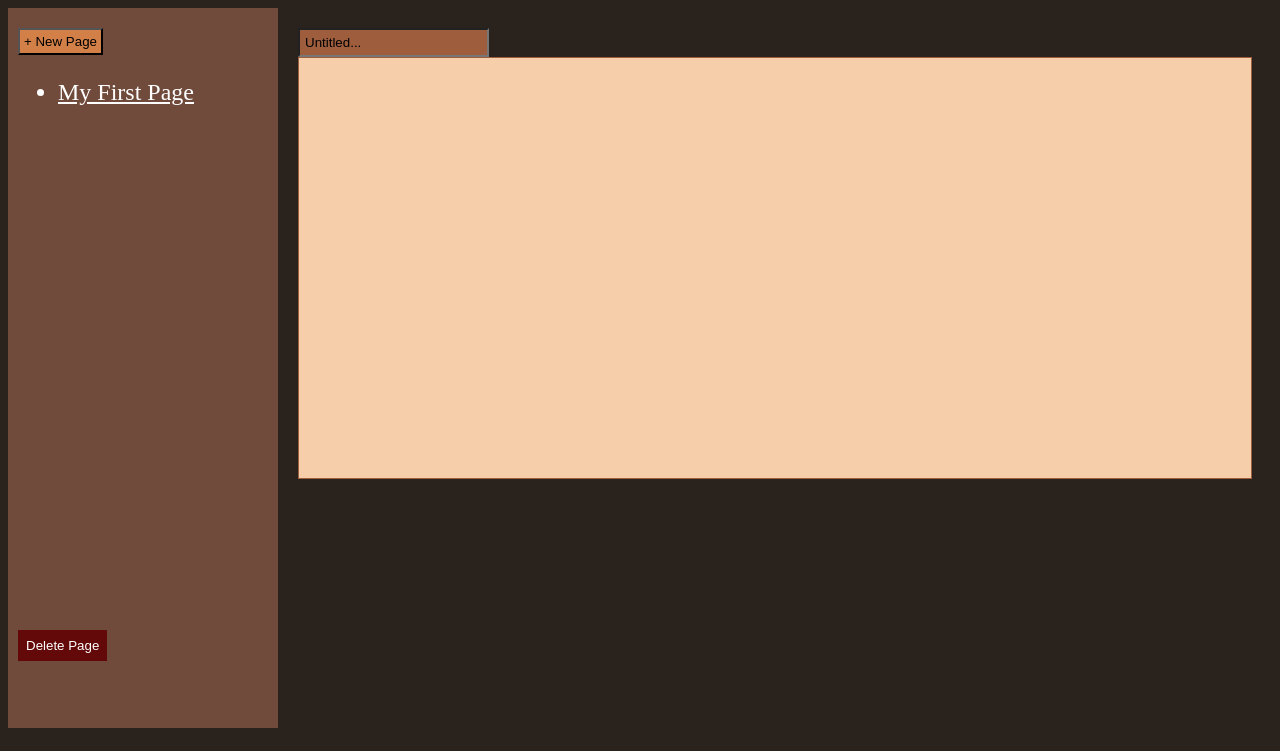
Repository: Dharshinimk-521/notes-app
Page: index.html
These files come from the project's save history. The page is drawn as it stood at one moment and after the next save; the edit follows.
The browser window is 1280 px wide. The pictures show the whole page.

Above is the page before, as saved 2026-04-18 22:12:10.

### index.html
<!DOCTYPE html>
<html lang="en">
    <head>
        <meta charset="UTF-8">
        <meta name="viewport" content="width=device-width, initial-scale=1.0">
        <title>Notes App</title>
        <link rel="stylesheet" href="style.css">
        <script src="app.js" defer></script>
    </head>
    <body>
    <div class="app">

        <aside class="sidebar">
        <button id="newPageBtn">+ New Page</button>
        <ul id="pageList"></ul>
        <button id="deletePageBtn"> Delete Page</button>
        </aside>

        <main class="editor">
        <input id="pageTitle" placeholder="Untitled..." />
        <div id="editorArea" contenteditable="true"></div>
        </main>

    </div>


    </body>
</html>

### style.css
body{
    background-color: #29221D;
}
.app {
  margin: 0;
  display: flex;
  height: 100vh;

}

.sidebar {
  width: 250px;
  background: #704B3C;
  padding: 10px;
}

.editor {
  flex: 1;
  padding: 20px;
}

#editorArea {
  min-height: 400px;
  background-color: #F6CEA9;
  border: 1px solid #9E5E3D;
  padding: 10px;
}
#newPageBtn{
 background-color: #D28048;
 padding: 4px;
 margin-top: 10px;
 cursor:pointer;
}
#pageTitle{
    padding:5px;
    background-color: #9E5E3D;
    color: black;
}
::placeholder{
    color:black;
    opacity: 1
}
#deletePageBtn {
    margin-top: 500px;
  margin-bottom: 90px;
  background: #630909;
  color: white;
  border: none;
  padding: 8px;
  cursor: pointer;
}
#pageList{
    text-decoration: underline;
    color:white;
    cursor: pointer;
    font-size: 24px;
}

### app.js
// Load pages from localStorage OR use default
let pages = JSON.parse(localStorage.getItem("pages")) || [
  {
    id: "123",
    title: "My First Page",
    content: "<p>Hello world</p>"
  }
];

let currentPageId = null;

// Save all pages
function savePages() {
  localStorage.setItem("pages", JSON.stringify(pages));
}

// Create new page
function createPage() {
  const newPage = {
    id: Date.now().toString(),
    title: "Untitled",
    content: ""
  };

  pages.push(newPage);
  savePages();
  renderPages();
  openPage(newPage.id);
}

// Render sidebar
function renderPages() {
  const pageList = document.getElementById("pageList");
  pageList.innerHTML = "";

  pages.forEach((page) => {
    const li = document.createElement("li");
    li.textContent = page.title;

    if (page.id === currentPageId) {
      li.style.background = "#ddd";

    }

    li.onclick = () => openPage(page.id);

    pageList.appendChild(li);
  });
}

// Open page
function openPage(id) {
    console.log("Opening page:", id);
  const page = pages.find(p => p.id === id);
  currentPageId = id;

  if (!page) return;

  document.getElementById("pageTitle").value = page.title;
  document.getElementById("editorArea").innerHTML = page.content;
}

// Auto save current page
function saveCurrentPage() {
  const page = pages.find(p => p.id === currentPageId);
  if (!page) return;

  page.title = document.getElementById("pageTitle").value;
  page.content = document.getElementById("editorArea").innerHTML;

  savePages();
}
//del func
function deleteCurrentPage() {
  if (!currentPageId) return;

  const confirmDelete = confirm("Delete this page?");
  if (!confirmDelete) return;

  pages = pages.filter(p => p.id !== currentPageId);

  savePages();
  renderPages();

  if (pages.length > 0) {
    openPage(pages[0].id);
  } else {
    currentPageId = null;
    document.getElementById("pageTitle").value = "";
    document.getElementById("editorArea").innerHTML = "";
  }
}
// Event listeners
document.getElementById("newPageBtn").onclick = createPage;
document.getElementById("editorArea").addEventListener("input", saveCurrentPage);
document.getElementById("pageTitle").addEventListener("input", saveCurrentPage);
document.getElementById("deletePageBtn").onclick = deleteCurrentPage;
// Initial render
renderPages();

After the next save:
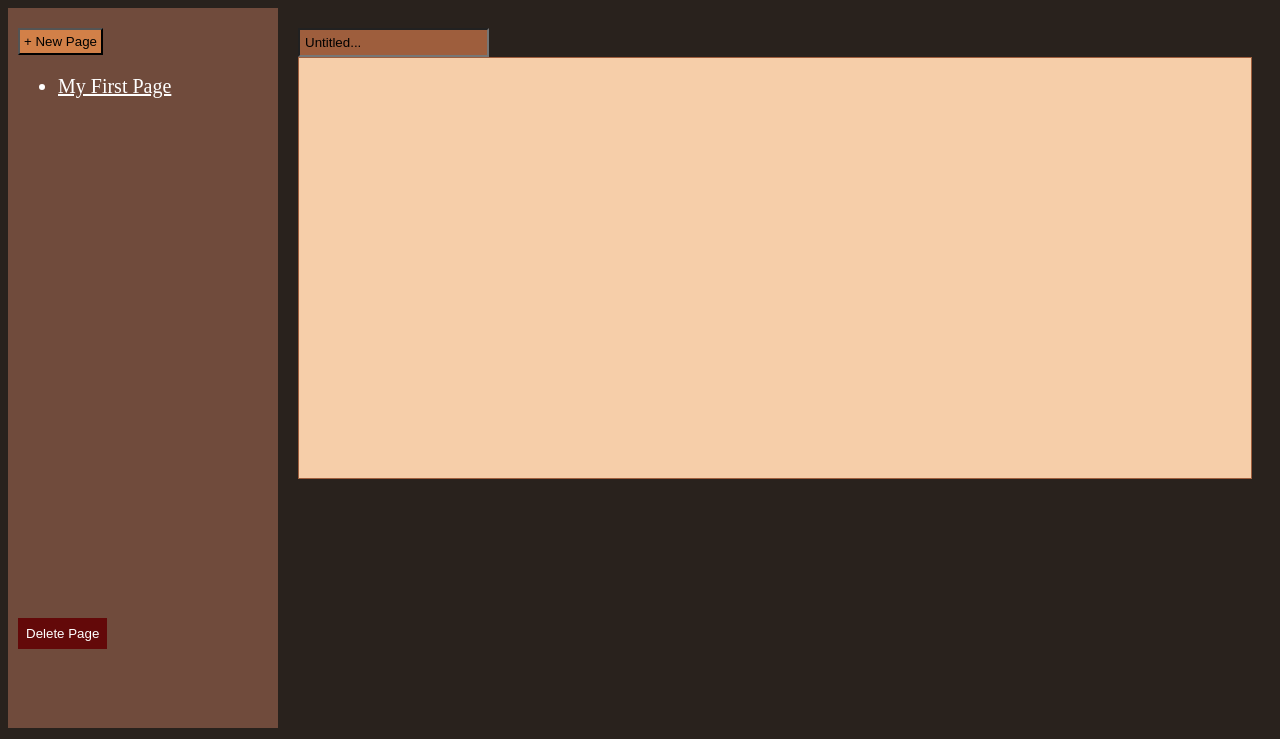
Saved 5 s later.
--- a/style.css
+++ b/style.css
@@ -53,5 +53,5 @@ body{
     text-decoration: underline;
     color:white;
     cursor: pointer;
-    font-size: 24px;
+    font-size: 20px;
 }
